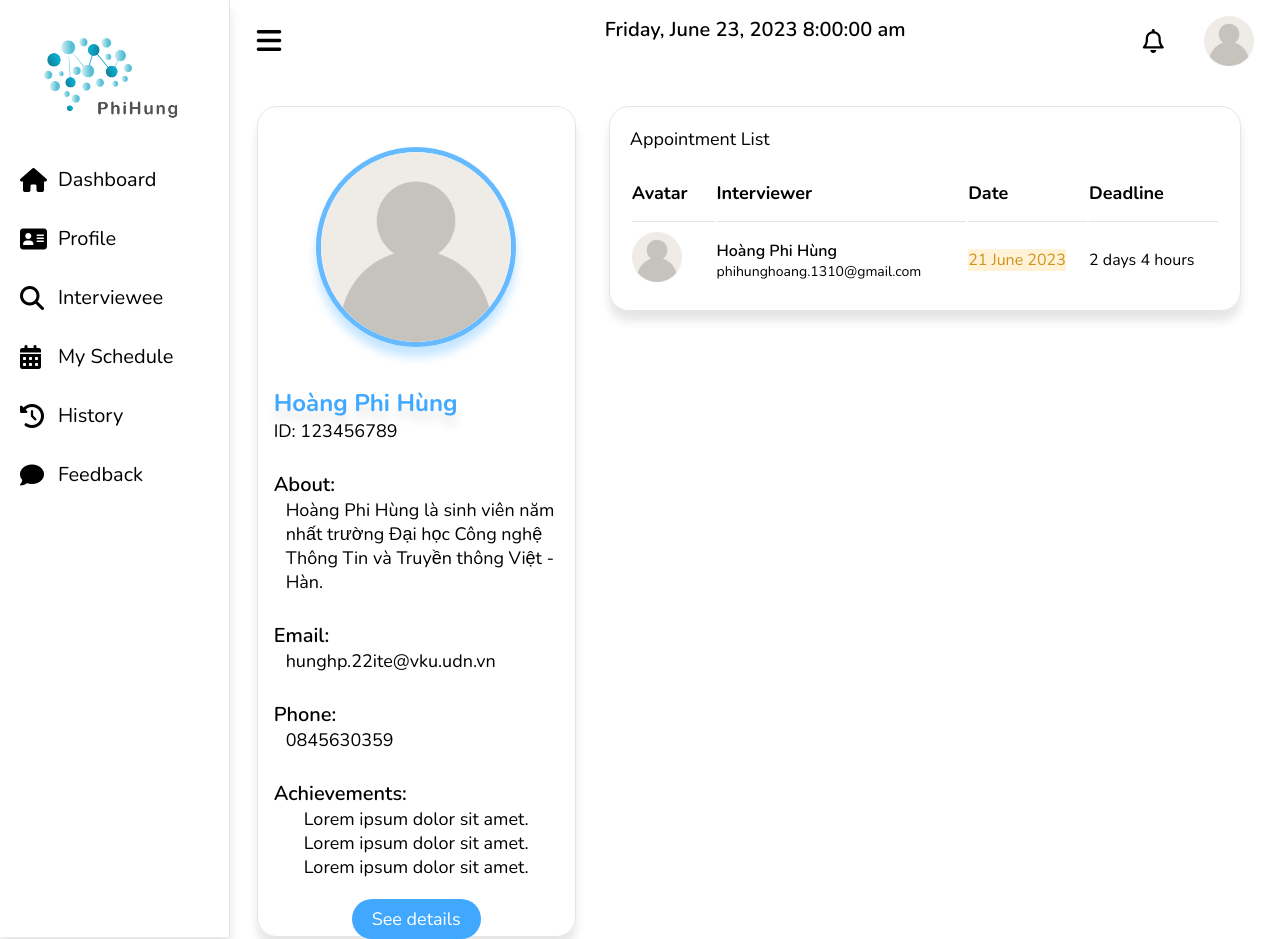
Repository: hphihungit/InterviewService
Page: interviewee.html
The author's editor kept a copy of each file at every save. The page is drawn from the files as they stood at one save, then again after the next save.
The browser window is 1280 px wide. The pictures show the whole page.

Above is the page before, as saved 2023-06-01 01:05:32.

After the next save:
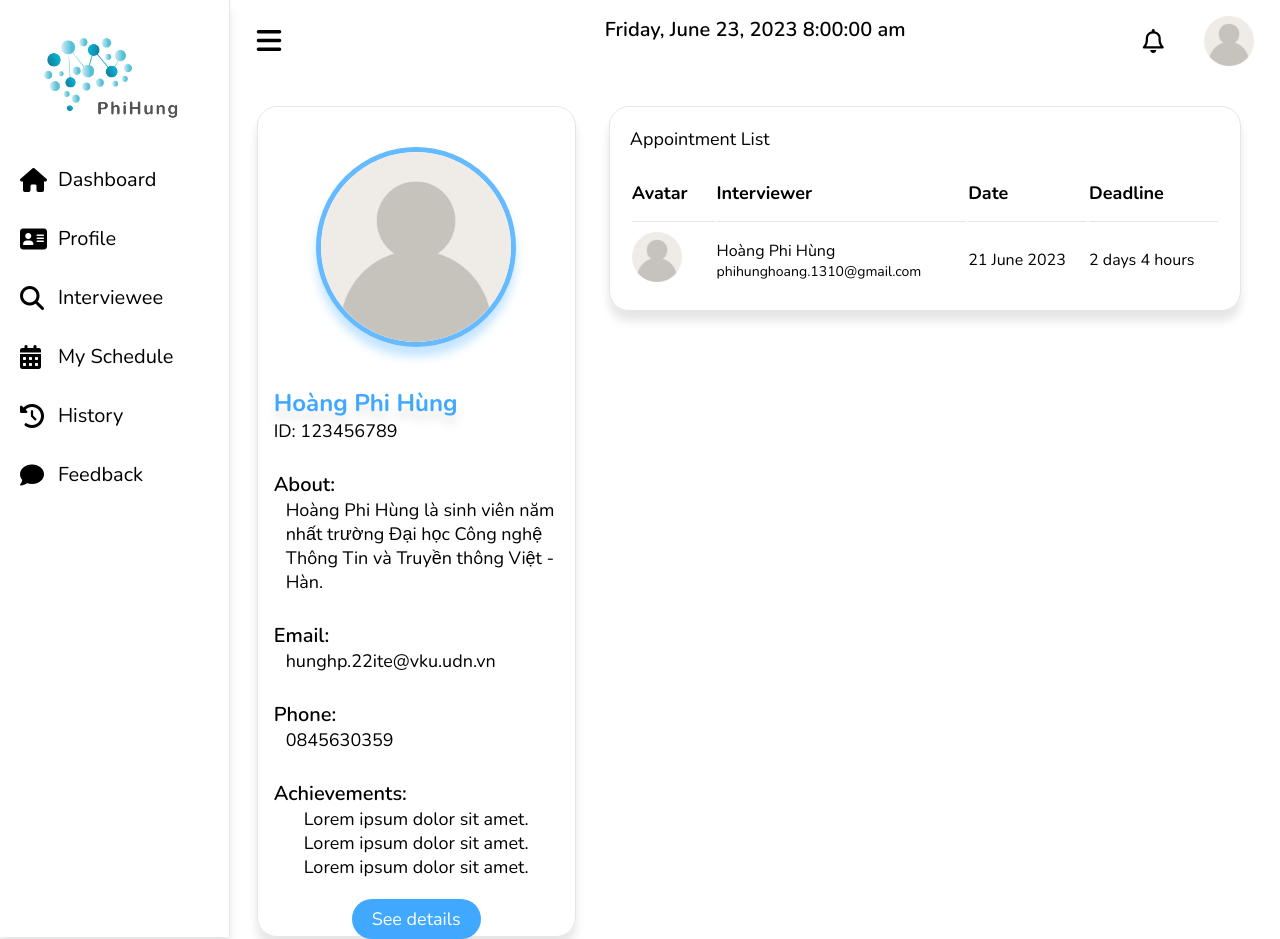
Saved 28 s later.
--- a/assets/css/interviewee.css
+++ b/assets/css/interviewee.css
@@ -232,6 +232,7 @@ td img {
     height: 50px;
 }
 
+.date
 .name {
     font-weight: 600;
 }
@@ -239,8 +240,3 @@ td img {
 .email {
     font-size: 14px;
 }
-
-.date {
-    background-color: #fff2d6;
-    color: #cf921c;
-}
